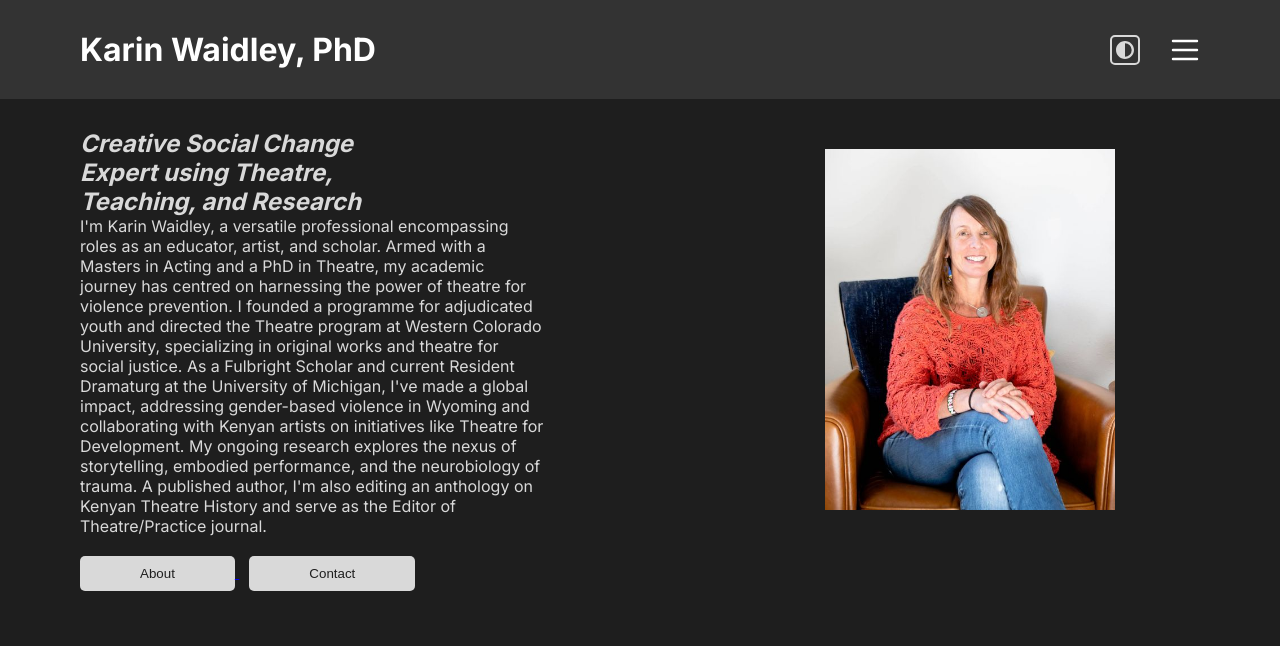
Repository: Ceasor7/Karin
Page: index.html
An editor plug-in stored every save of this project. The page is shown before and after the next save, followed by the edit.
The browser window is 1280 px wide. The pictures show the whole page.

Above is the page before, as saved 2023-12-15 17:29:36.

### index.html
<!DOCTYPE html>
<html lang="en">

<head>
    <meta charset="UTF-8">
    <meta name="viewport" content="width=device-width, initial-scale=1.0">
    <link rel="preconnect" href="https://fonts.googleapis.com">
    <link rel="preconnect" href="https://fonts.gstatic.com" crossorigin>
    <link href="https://fonts.googleapis.com/css2?family=Inter:wght@100;300;400;500;600;700;900&display=swap"
        rel="stylesheet">
    <title>Karin Waidley, PhD | Home</title>
    <style>
        ::-webkit-scrollbar {
            width: .8em;
            border-radius: .3rem;
            background-color: hsl(0, 0%, 65%);
        }

        ::-webkit-scrollbar-thumb {
            border-radius: .3rem;
            background-color: hsl(0, 0%, 55%);
        }

        ::-webkit-scrollbar-thumb:hover {
            background-color: hsl(0, 0%, 45%);
        }

        /* Global styles */
        body {
            font-family: 'Inter', sans-serif;
            background-color: var(--primary-color);
        }

        :root {
            --primary-color: #1E1E1E;
            --secondary-color: #D9D9D9;
        }

        .darkmode {
            --primary-color: #D9D9D9;
            --secondary-color: #1E1E1E;
        }

        /* Resetting some default styles for better consistency */
        body,
        h1,
        h2,
        h3,
        p,
        ul,
        li {
            margin: 0;
            padding: 0;
            list-style: none;
        }

        /* Navbar styles */
        header {
            background-color: #333;
            color: white;
            padding: 10px 0;
        }

        .navbar {
            display: flex;
            justify-content: space-between;
            align-items: center;
            padding: 20px;
            margin-left: 60px;
            margin-right: 60px;
        }

        .navbar-logo {
            font-size: 2em;
            font-weight: bold;
        }

        .navbar-icons {
            display: flex;
            gap: 10px;
        }

        .dark-mode-toggle {
            color: var(--secondary-color);
            border: 2px solid currentColor;
            padding: 4px;
            background: transparent;
            cursor: pointer;
            border-radius: 5px;
            width: 30px;
            height: 30px;
        }

        .dark-mode-toggle,
        .svg-icon {
            margin-right: 20px;
        }

        /* Main content styles */
        section {
            margin-top: 20px;
        }

        /* Contact form styles */
        form {
            max-width: 600px;
            margin: 0 auto;
        }

        label {
            display: block;
            margin-bottom: 8px;
        }

        input,
        textarea,
        select {
            width: 100%;
            padding: 8px;
            margin-bottom: 16px;
            box-sizing: border-box;
        }

        /* New section styles */
        .image-section {
            text-align: center;
            margin-top: 20px;
            margin-right: 20px;
        }

        .image-section img {
            max-width: 50%;
            height: auto;
        }

        /* Add this CSS to make the two divs beside each other */
        .flex-container {
            display: flex;
            justify-content: space-between;
            margin-top: 30px;
        }

        .flex-container>div {
            flex: 1;
            margin-right: 20px;
        }

        /* Home */
        .home-details {
            text-align: left;
            margin-left: 80px;
            color: var(--secondary-color);
        }

        .home-details h2 {
            font-weight: 2em;
            font-style: italic;
        }

        .home-details p {
            width: 80%;
        }

        .home-buttons {
            margin-top: 20px;
            margin-left: 80px;
            justify-content: space-between;

        }

        .home-buttons a {
            margin-right: 10px;
        }

        .homeRedirect-buttons {
            padding: 10px;
            background-color: var(--secondary-color);
            color: var(--primary-color);
            padding-left: 60px;
            padding-right: 60px;
            border-radius: 5px;
            border: none;
            cursor: pointer;
        }

        /* Home */

        /* sidebar */
        .sidebar {
            height: 100%;
            width: 0;
            position: fixed;
            right: 0;
            background-color: #111;
            overflow-x: hidden;
            transition: 0.5s;
            padding-top: 60px;
        }

        .sidebar a {
            padding: 8px 8px 8px 32px;
            text-decoration: none;
            font-size: 18px;
            color: white;
            display: block;
            transition: 0.3s;
        }

        .sidebar a:hover {
            color: #f1f1f1;
        }

        .sidebar .closebtn {
            position: absolute;
            top: 0;
            right: 25px;
            font-size: 36px;
            margin-left: 50px;
        }
    </style>
</head>

<body>
    <div id="mySidebar" class="sidebar">
        <a href="javascript:void(0)" class="closebtn" onclick="closeNav()">×</a>
        <a href="#">About</a>
        <a href="#">Contact</a>
    </div>
    <header>
        <div class="navbar">
            <div class="navbar-logo">Karin Waidley, PhD</div>
            <div class="navbar-icons">
                <button id="dark-mode-toggle" class="dark-mode-toggle">
                    <svg width="100%" xmlns="http://www.w3.org/2000/svg" viewBox="0 0 496 496">
                        <path fill="currentColor"
                            d="M8,256C8,393,119,504,256,504S504,393,504,256,393,8,256,8,8,119,8,256ZM256,440V72a184,184,0,0,1,0,368Z"
                            transform="translate(-8 -8)" />
                    </svg>
                </button>
                <svg xmlns="http://www.w3.org/2000/svg" x="0px" y="0px" width="30" height="30" viewBox="0 0 50 50"
                    style="fill:#FFFFFF;">
                    <path
                        d="M 5 8 A 2.0002 2.0002 0 1 0 5 12 L 45 12 A 2.0002 2.0002 0 1 0 45 8 L 5 8 z M 5 23 A 2.0002 2.0002 0 1 0 5 27 L 45 27 A 2.0002 2.0002 0 1 0 45 23 L 5 23 z M 5 38 A 2.0002 2.0002 0 1 0 5 42 L 45 42 A 2.0002 2.0002 0 1 0 45 38 L 5 38 z">
                    </path>
                </svg>
            </div>
        </div>
    </header>
    <div id="main">
        <div class="flex-container">
            <div class="home-details">
                <h2>Creative Social Change<br> Expert using Theatre, <br>Teaching, and Research</h2>
                <p>I'm Karin Waidley, a versatile professional encompassing roles as an educator, artist, and scholar.
                    Armed
                    with a Masters in Acting and a PhD in Theatre, my academic journey has centred on harnessing the
                    power
                    of theatre for violence prevention. I founded a programme for adjudicated youth and directed the
                    Theatre
                    program at Western Colorado University, specializing in original works and theatre for social
                    justice.
                    As a Fulbright Scholar and current Resident Dramaturg at the University of Michigan, I've made a
                    global
                    impact, addressing gender-based violence in Wyoming and collaborating with Kenyan artists on
                    initiatives
                    like Theatre for Development. My ongoing research explores the nexus of storytelling, embodied
                    performance, and the neurobiology of trauma. A published author, I'm also editing an anthology on
                    Kenyan
                    Theatre History and serve as the Editor of Theatre/Practice journal.</p>
            </div>
            <div class="image-section">
                <img src="images/Karin.jpeg" alt="Karin Waidley">
            </div>
        </div>
        <div class="home-buttons">
            <a href="about.html">
                <button class="homeRedirect-buttons">About</button>
            </a>
            <a href="contact.html">
                <button class="homeRedirect-buttons">Contact</button>
            </a>
        </div>
    </div>


    <script src="darkMode.js"></script>
</body>

</html>

### darkMode.js

let darkMode = localStorage.getItem('darkMode');

const darkModeToggle = document.querySelector('#dark-mode-toggle');

const enableDarkMode = () => {
  document.body.classList.add('darkmode');
  localStorage.setItem('darkMode', 'enabled');
}

const disableDarkMode = () => {

  document.body.classList.remove('darkmode');

  localStorage.setItem('darkMode', null);
}


if (darkMode === 'enabled') {
  enableDarkMode();
}

darkModeToggle.addEventListener('click', () => {

  darkMode = localStorage.getItem('darkMode');

  if (darkMode !== 'enabled') {
    enableDarkMode();
  } else {
    disableDarkMode();
  }
});

After the next save:
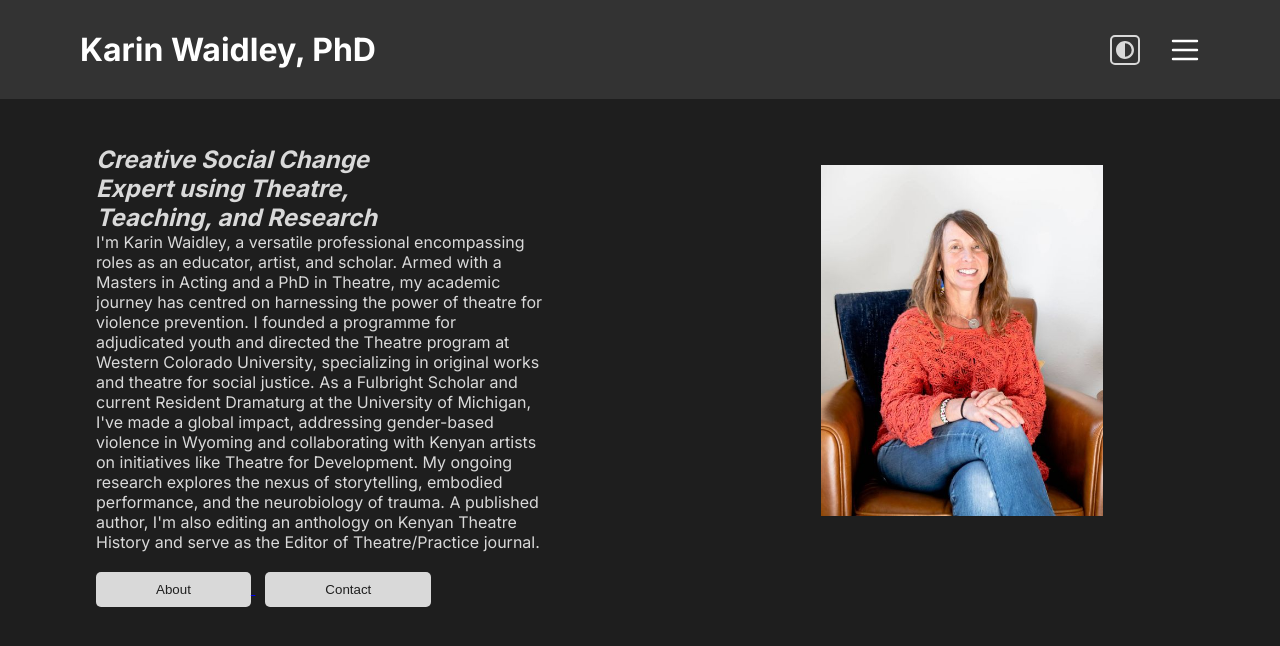
Saved 2 min 38 s later.
--- a/index.html
+++ b/index.html
@@ -216,6 +216,11 @@
             right: 25px;
             font-size: 36px;
             margin-left: 50px;
+        }
+
+        #main {
+            transition: margin-right .5s;
+            padding: 16px;
         }
     </style>
 </head>

After the save that followed:
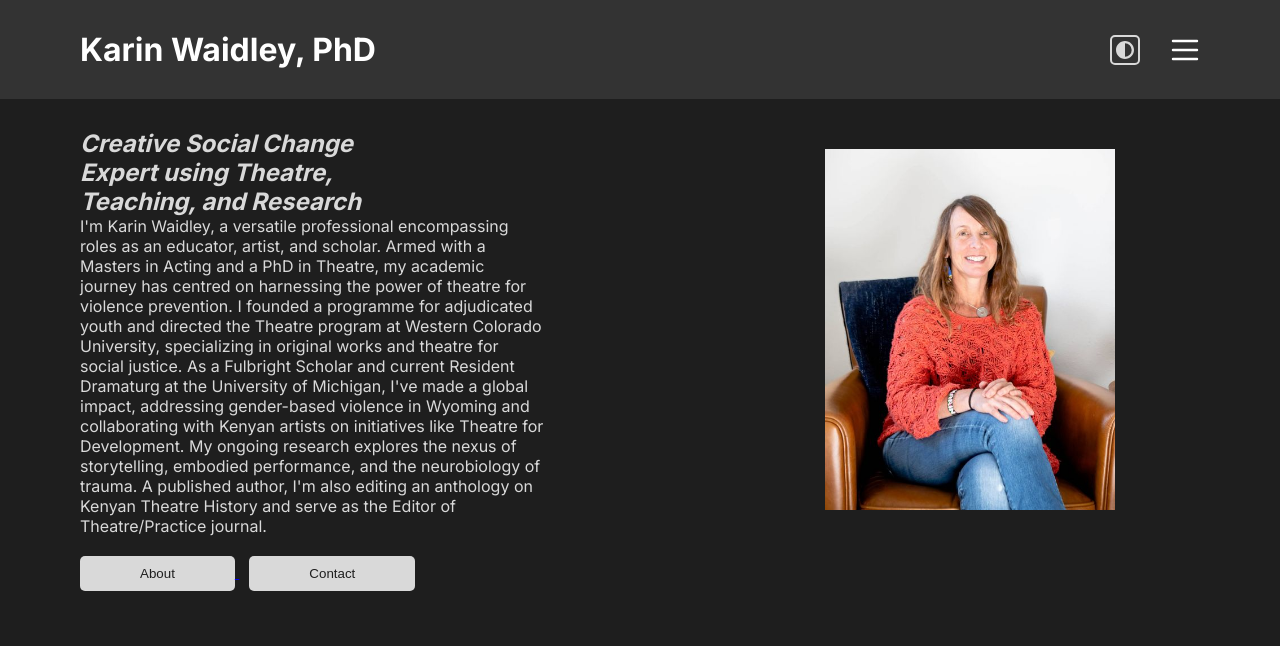
Saved 18 s later.
--- a/index.html
+++ b/index.html
@@ -220,7 +220,6 @@
 
         #main {
             transition: margin-right .5s;
-            padding: 16px;
         }
     </style>
 </head>
